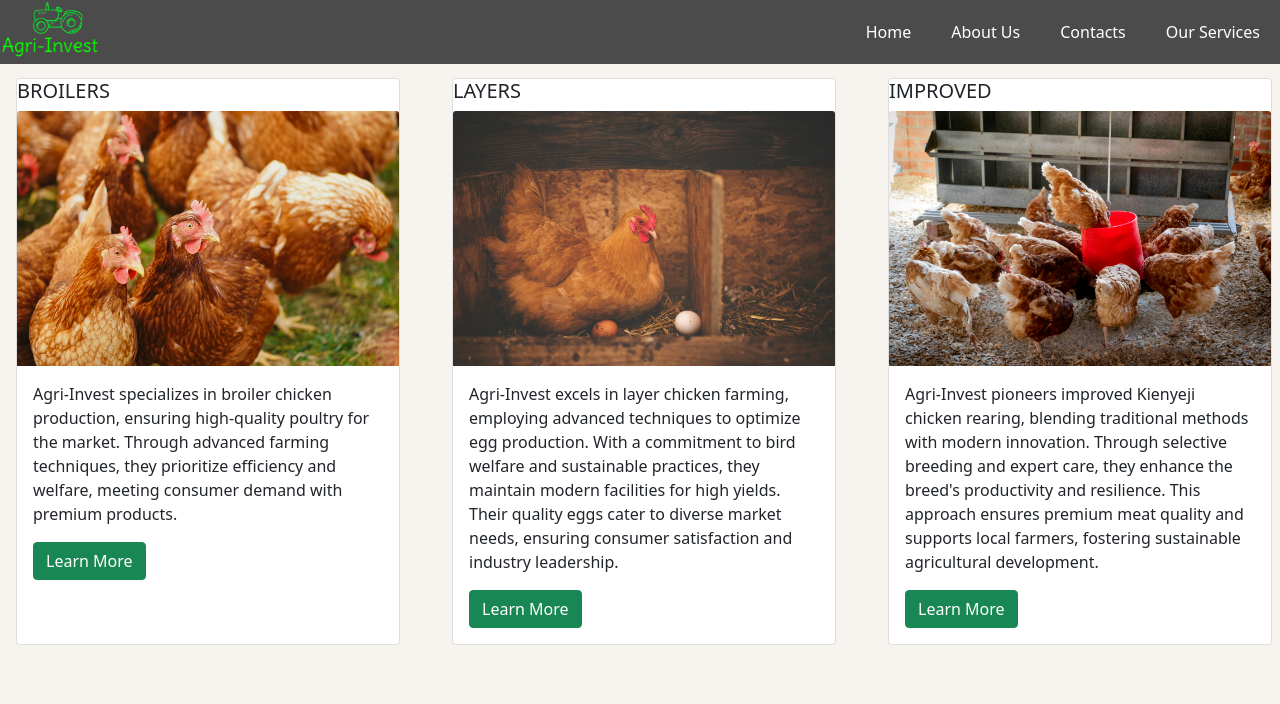
Repository: Allevandrose/Agri-invest
Page: poultry.html
The author's editor kept a copy of each file at every save. The page is drawn from the files as they stood at one save, then again after the next save.
The browser window is 1280 px wide. The pictures show the whole page.

Above is the page before, as saved 2024-04-13 15:48:43.

After the next save:
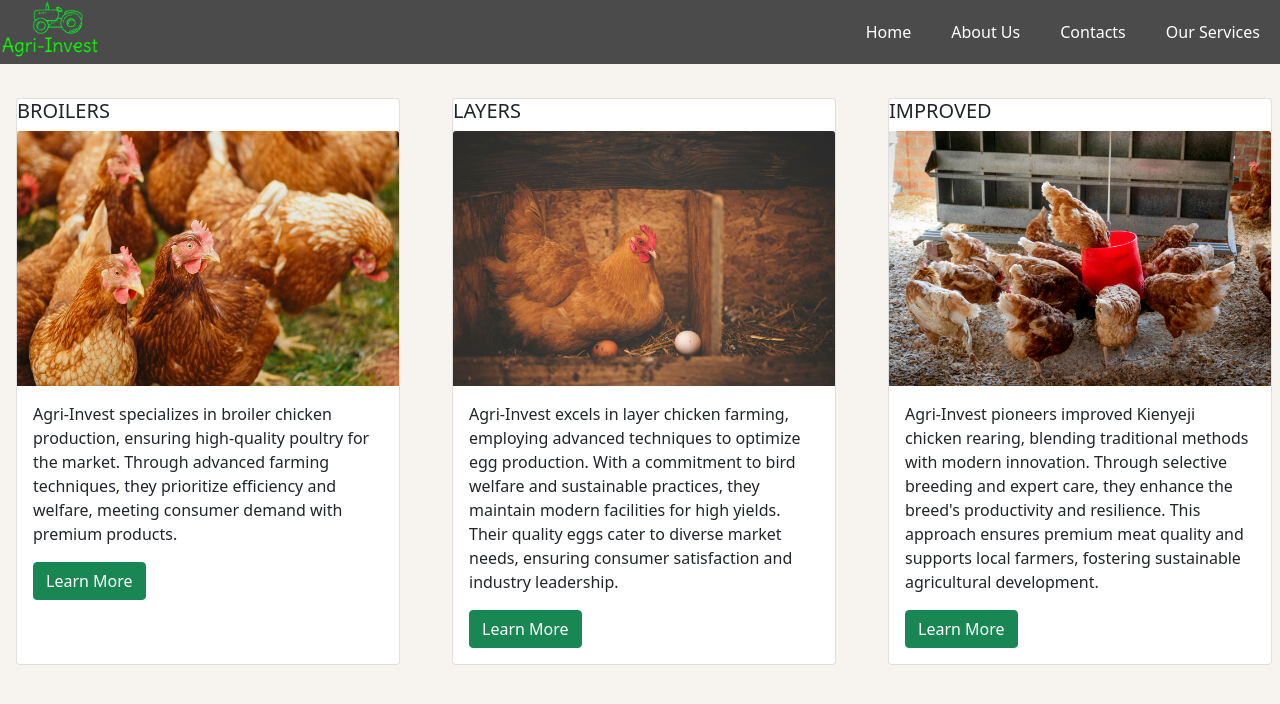
Saved 8 s later.
--- a/poultry.css
+++ b/poultry.css
@@ -50,5 +50,5 @@ nav {
 }
 
 .card-container {
-    margin-top: 30px;
+    margin-top: 50px;
 }
